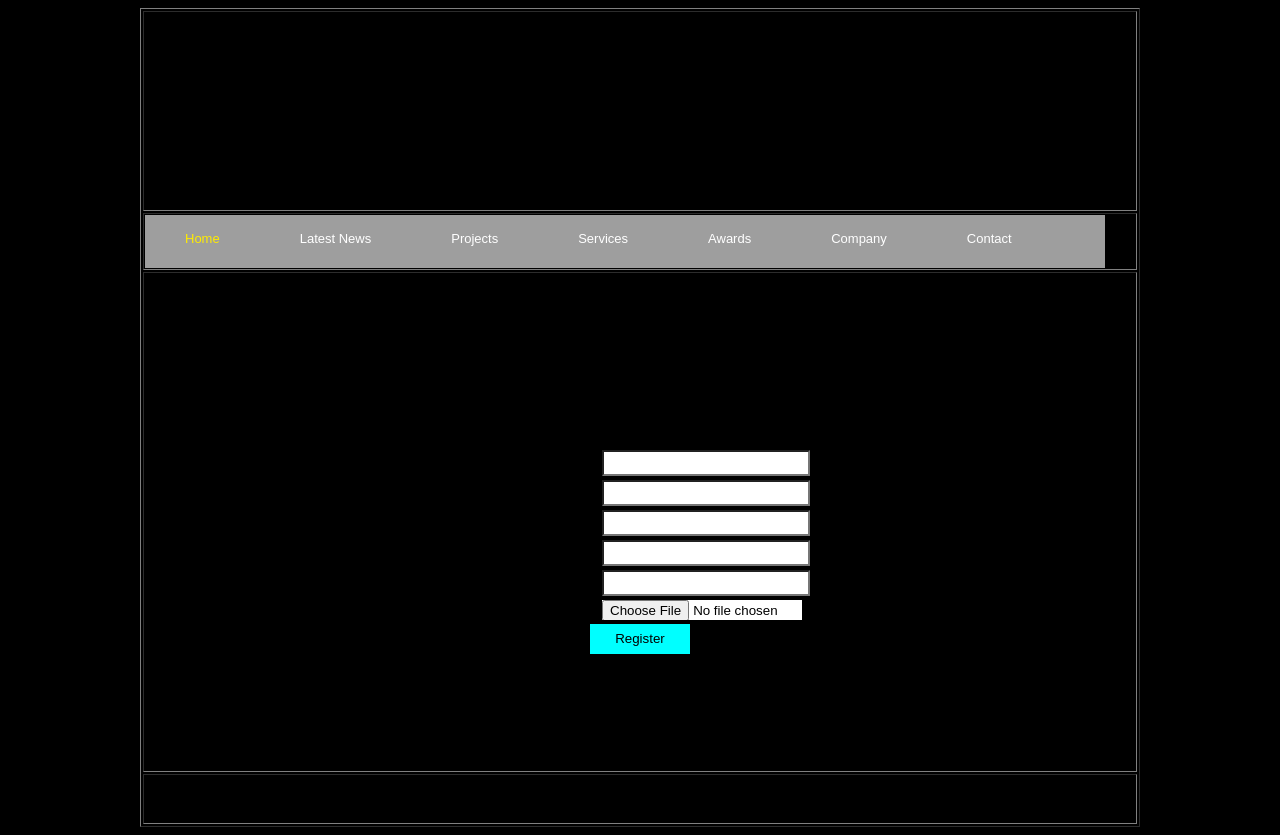
Repository: PraveenRavipati/MyWork
Page: Java/workspaces/office Java WorkScapces/works/javaTraining/WebContent/Register.html
The author's editor kept a copy of each file at every save. The page is drawn from the files as they stood at one save, then again after the next save.
The browser window is 1280 px wide. The pictures show the whole page.
Pictures or frames that could not be fetched are drawn as grey boxes.

Above is the page before, as saved 2014-06-02 09:53:08.

After the next save:
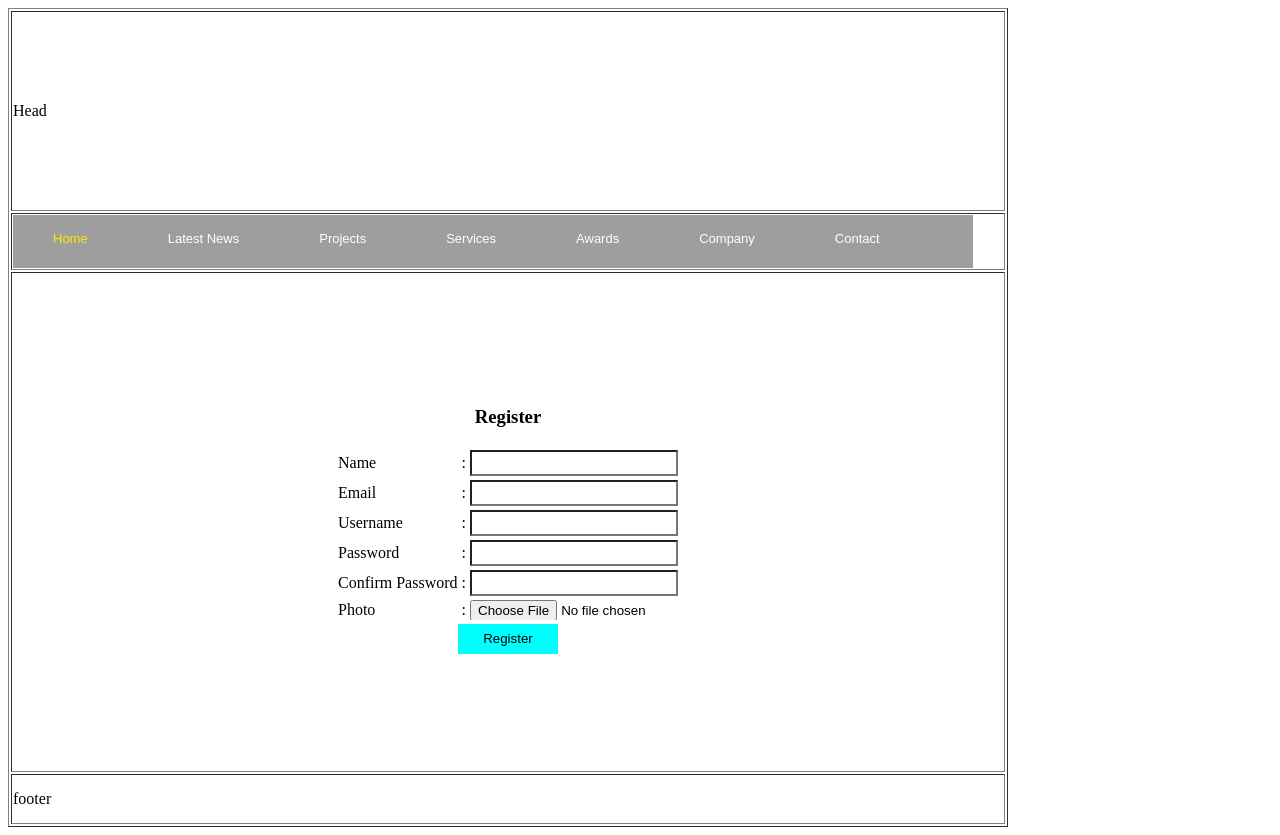
Saved 30 s later.
--- a/Java/workspaces/office Java WorkScapces/works/javaTraining/WebContent/Register.html
+++ b/Java/workspaces/office Java WorkScapces/works/javaTraining/WebContent/Register.html
@@ -8,8 +8,8 @@
 
 </script>
 </head>
-<body bgcolor="black">
-	<table border="1" width="1000" align="center">
+<body>
+	<table border="1" width="1000">
 		<tr height="200">
 			<td>Head</td>
 		</tr>
